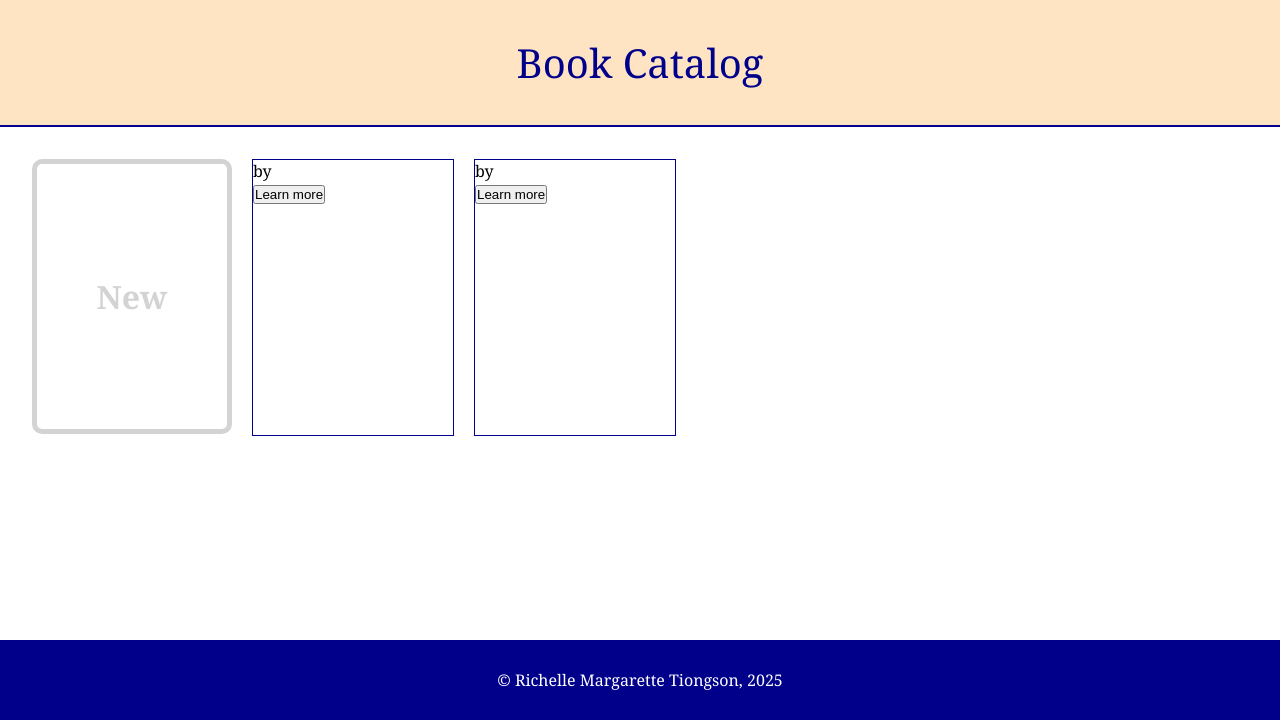
Repository: richelletiongson/comp3170_lab01
Page: /
The author's editor kept a copy of each file at every save. The page is drawn from the files as they stood at one save, then again after the next save.
The browser window is 1280 px wide. The pictures show the whole page.
The project was rebuilt for these pictures with package versions that can differ from the ones it lists, and the page was loaded fresh each time. Also part of the build but not shown: vite.config.js.

Above is the page before, as saved 2025-09-14 00:17:37.

After the next save:
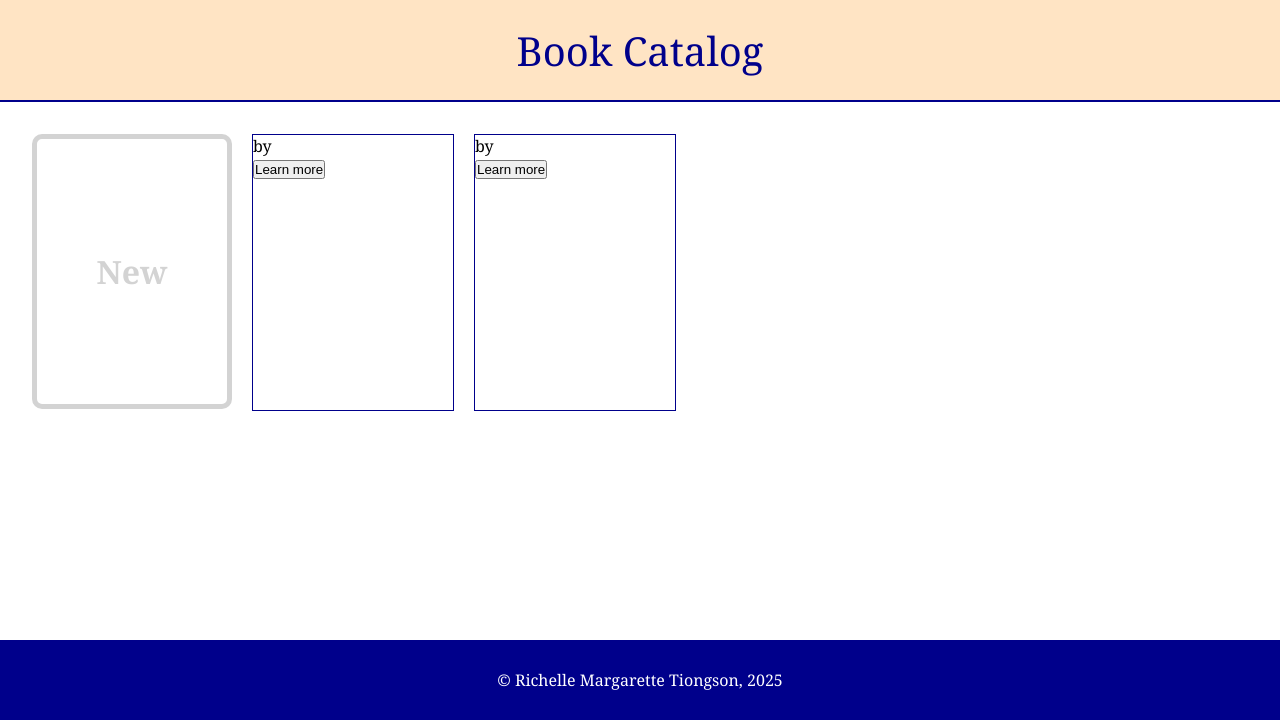
Saved 31 s later.
--- a/src/index.css
+++ b/src/index.css
@@ -18,7 +18,7 @@ body {
 
 .header {
   background-color: bisque;
-  height: 125px;
+  height: 100px;
   display: flex;
   align-items: center;
   justify-content: center;
